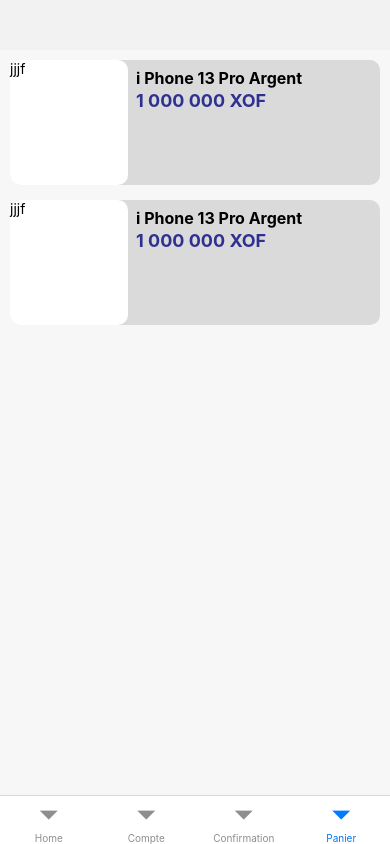
Repository: Norlan-20/Last-Afrilink
Screen: /Panier
These files come from the project's save history. The screen is drawn as it stood at one moment and after the next save; the edit follows.
The page's requests for data from a server got no answer. The app was drawn by React Native's web renderer in a window 390 px wide. The project was rebuilt for these pictures with package versions that can differ from the ones it lists, and the page was loaded fresh each time. No one was signed in, and anything a server would have sent is missing. Also part of the build but not shown: screen/User.js, component/button.js, screen/Confirmation.js, screen/Connexion.js, screen/Inscription.js, screen/Categorie.js, screen/Produit.js.

Above is the screen before, as saved 2021-09-27 09:45:38.

### App.js
/* eslint-disable prettier/prettier */
import React from 'react';
import {View} from 'react-native';
import { NavigationContainer } from '@react-navigation/native';
import { createNativeStackNavigator } from '@react-navigation/native-stack';
import { createBottomTabNavigator } from '@react-navigation/bottom-tabs';
import HomeScreen from './screen/Home';
import UserScreen from './screen/User';
import ConfirmationScreen from './screen/Confirmation';
import ConnexionScreen from './screen/Connexion';
import InscriptionScreen from './screen/Inscription';
import CategorieScreen from './screen/Categorie';
import ProduitScreen from './screen/Produit';
import CartScreen from './screen/Cart';

const Tab = createBottomTabNavigator();
const Stack = createNativeStackNavigator();

const BottomScreen = () => {
  return (
    <Tab.Navigator screenOptions={{headerShown: false}} >
        <Tab.Screen name="Home" component={HomeScreen}/>
        <Tab.Screen name="Compte" component={UserScreen}/>
        <Tab.Screen name="Confirmation" component={ConnexionScreen}/>
        <Tab.Screen name="Panier" component={CartScreen} />
    </Tab.Navigator>
  );
};

const App = () => {
  return (
    <NavigationContainer>
      <Stack.Navigator>
        <Stack.Screen name="Home" options={{headerShown: false}} component={BottomScreen} />
        <Stack.Screen name="Categorie" component={CategorieScreen} />
        <Stack.Screen name="Inscription" component={InscriptionScreen} />
        <Stack.Screen name="Produit" component={ProduitScreen} />
        {/* <Stack.Screen name="Panier" component={CartScreen} /> */}
      </Stack.Navigator>
    </NavigationContainer>
  );
};

export default App;

### screen/Home.js
/* eslint-disable prettier/prettier */
import React,{useState,useEffect} from 'react';
import {View, Text, StyleSheet, StatusBar, Dimensions, ScrollView} from 'react-native';
import { Header, Icon, Image, SearchBar } from 'react-native-elements';
import Categorie from '../component/categorie';
import Produit from '../component/produit';
import { listOfCategories } from '../API/api';
// import EvilIcons from 'react-native-vector-icons/EvilIcons';

const {width,height} = Dimensions.get('window');
const fond = '#F7F7F7';
const primary = '#2e3190';
const search = '#DDDDDD';

const HomeScreen = props => {

    const [categorie,setCategorie] = useState(null);

    useEffect(()=> {
        listOfCategories().then(res => setCategorie(res));
    },[]);

    const showCategorie = (categorieImage,categorieTitle) => {
        props.navigation.navigate('Categorie',{image: categorieImage, title: categorieTitle});
    };

    const showProduct = (infoProduct) => {
        props.navigation.navigate('Produit',{data: infoProduct});
    };

    return (
        <View style={styles.container}>
            <StatusBar hidden={false}/>
            { console.log(categorie) }
            <Header
                leftComponent={<Icon name="navicon" type="evilicon" size={40} color="#FFF"/>}
                leftContainerStyle={{marginTop: 15}}
                centerComponent={<Image source={require('../assets/logobleu.jpg')} style={{width: 200, height: 50}} />}
                rightComponent={<Icon name="cart" type="evilicon" size={40} color="#FFF"/>}
                rightContainerStyle={{marginTop: 15}}
                backgroundColor={primary}
            />
            <SearchBar
                placeholder="Rechercher"
                round
                lightTheme
                containerStyle={{ width: width,backgroundColor: fond, borderWidth: 0}}
                inputContainerStyle={{ height: 45, backgroundColor: search, borderRadius: 150 }}
                inputStyle={{ height: 45,backgroundColor: search }}
                // searchIcon={<Icon name="user" type="ionicon" />}
                showCancel
                cancelIcon
                onClear
                style={{width: width}}
            />
            <ScrollView>
                <Categorie nom="Catégorie" data={categorie} changeView={showCategorie} />
                <Produit nom="Vedette" changeView={showProduct} />
            </ScrollView>
        </View>
    );
};

const styles = StyleSheet.create({
    container:{
        flex: 1,
        backgroundColor: '#F7F7F7',
    },
});

export default HomeScreen;

### screen/Cart.js
/* eslint-disable prettier/prettier */
import React from 'react'
import { View, Text, ScrollView, Dimensions, StyleSheet, Image, TouchableOpacity } from  'react-native'
import { SwiperFlatList } from 'react-native-swiper-flatlist';

const {width,height} = Dimensions.get('window');
const WIDTH = width - 20 ;
const fond = '#F7F7F7';
const primary = '#2e3190';

const CartScreen = props => {
    return (
        <View style={styles.container}>
            <TouchableOpacity style={styles.cartProductContainer}>
                <View style={styles.productImageContiner}><Text>jjjf</Text></View>
                <View style={styles.productInfoContiner}>
                    <Text style={styles.productName}>i Phone 13 Pro Argent</Text>
                    <Text style={styles.productPrice}>1 000 000 XOF</Text>
                    <View></View>
                </View>
            </TouchableOpacity>

            <TouchableOpacity style={styles.cartProductContainer}>
                <View style={styles.productImageContiner}><Text>jjjf</Text></View>
                <View style={styles.productInfoContiner}>
                    <Text style={styles.productName}>i Phone 13 Pro Argent</Text>
                    <Text style={styles.productPrice}>1 000 000 XOF</Text>
                    <View></View>
                </View>
            </TouchableOpacity>
        </View>
    );
};

const styles = StyleSheet.create({
    container:{
        flex: 1,
        padding: 10,
        backgroundColor: fond,
        alignItems: 'center',
        marginTop: 50,
    },
    cartProductContainer: {
        flexDirection: 'row',
        backgroundColor: '#DADADA',
        width: WIDTH,
        height: WIDTH / 2 - 60,
        borderRadius: 10,
        marginBottom: 15,
    },
    productImageContiner: {
        flex: 1,
        backgroundColor: '#FFFFFF',
        borderRadius: 10,
    },
    productInfoContiner: {
        flex: 2,
        // backgroundColor: 'red',
        padding: 8,
    },
    productName: {
        fontSize: 16,
        fontWeight: 'bold',
        paddingBottom: 2,
    },
    productPrice: {
        fontSize: 18,
        color: primary,
        paddingBottom: 5,
        fontWeight: 'bold',
    },
});

export default CartScreen;

### API/api.js
/* eslint-disable prettier/prettier */
// API list


export const url = 'https://afrilink.herokuapp.com';

// Retrieve list of categorie

export const listOfCategories = () => {
    return fetch(`${url}/category`,{
        method: 'GET',
        headers:{
            Accept:'application/json',
            'Content-type': 'application/json',
        },
    })
    .then((response) => response.json())
    // .then(res => res)
    .catch((error)=> console.log('error'));
};

export const listOfProduct = () => {
    return fetch(`${url}/product`,{
        method: 'GET',
        headers:{
            Accept:'application/json',
            'Content-type': 'application/json',
        },
    })
    .then((response) => response.json())
    // .then(res => res)
    .catch((error)=> console.log('error'));
};

Loaded but not shown: component/categorie.js (library); component/produit.js (library)

After the next save:
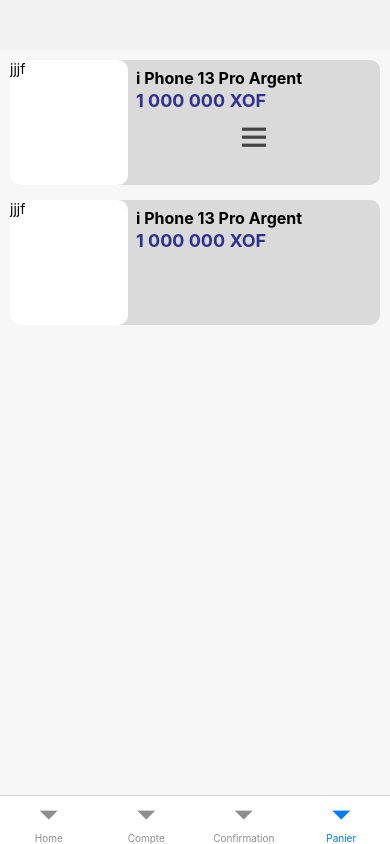
Saved 2 min 16 s later.
--- a/screen/Cart.js
+++ b/screen/Cart.js
@@ -1,6 +1,7 @@
 /* eslint-disable prettier/prettier */
 import React from 'react'
 import { View, Text, ScrollView, Dimensions, StyleSheet, Image, TouchableOpacity } from  'react-native'
+import { Icon } from 'react-native-elements';
 import { SwiperFlatList } from 'react-native-swiper-flatlist';
 
 const {width,height} = Dimensions.get('window');
@@ -16,7 +17,9 @@
                 <View style={styles.productInfoContiner}>
                     <Text style={styles.productName}>i Phone 13 Pro Argent</Text>
                     <Text style={styles.productPrice}>1 000 000 XOF</Text>
-                    <View></View>
+                    <View>
+                        <Icon name="navicon" type="evilicon" size={40} color="#444"/>
+                    </View>
                 </View>
             </TouchableOpacity>
 
